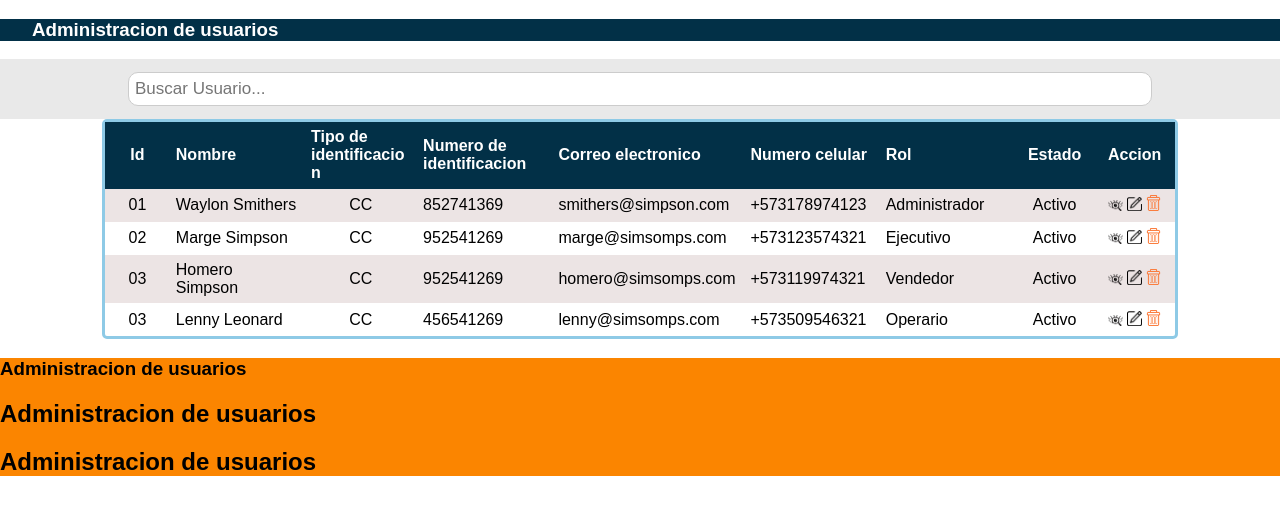
Repository: AlexanderBarona/Proyecto_Ciclo3_Mintic
Page: PaginaWeb/pages/admin_user.html
The author's editor kept a copy of each file at every save. The page is drawn from the files as they stood at one save, then again after the next save.
The browser window is 1280 px wide. The pictures show the whole page.

Above is the page before, as saved 2021-09-30 14:50:39.

### PaginaWeb/pages/admin_user.html
<!DOCTYPE html>
<html>

   <head>
      <title>Administracion de Usuarios</title>
      <link href="../css/style.css" rel="stylesheet" type="text/css">
      <link href="../css/admin_user.css" rel="stylesheet" type="text/css">
   </head>
   <body class="admin_user">
      <header>
         <h3>Administracion de usuarios</h3>
      </header>
      <main>
        <div class="TopBar">
            <div class="Search ">
                <input type="text" placeholder="Buscar Usuario...">
            </div>

        </div>

        <div class="table_principal">
            <table class="table_entity">

              <tbody class="table_body" >

                  <tr class="table_header" >

                    <td class="table_cell center">Id</td>
                    <td class="table_cell">Nombre</td>
                    <td class="table_cell">Tipo de identificacion</td>
                    <td class="table_cell">Numero de identificacion</td>
                    <td class="table_cell">Correo electronico</td>
                    <td class="table_cell">Numero celular</td>
                    <td class="table_cell">Rol</td>
                    <td class="table_cell center">Estado</td>
                    <td class="table_cell center">Accion</td>

                  </tr>

                  <tr >
                    <td class="table_cell center">01</td>
                    <td class="table_cell">Waylon Smithers</td>
                    <td class="table_cell center">CC</td>
                    <td class="table_cell">852741369</td>
                    <td class="table_cell">smithers@simpson.com</td>
                    <td class="table_cell">+573178974123</td>
                    <td class="table_cell">Administrador</td>
                    <td class="table_cell center">Activo</td>
                    <td class="table_cell center">
                      <div class="icon_container">
                        <nav>
                          <a href="icon_table">
                            <img class="icon_cell" src="../images/IconRead.ico">
                          </a>
                          <a href="icon_table">
                            <img class="icon_cell" src="../images/IconUpdate.ico">
                          </a>
                          <a href="icon_table">
                            <img class="icon_cell" src="../images/IconDelete.ico">
                          </a>
                        </nav>
                    </div>

                    </td>
                  </tr>

                <tr >
                  <td class="table_cell center">02</td>
                  <td class="table_cell">Marge Simpson</td>
                  <td class="table_cell center">CC</td>
                  <td class="table_cell">952541269</td>
                  <td class="table_cell">marge@simsomps.com</td>
                  <td class="table_cell">+573123574321</td>
                  <td class="table_cell">Ejecutivo</td>
                  <td class="table_cell center">Activo</td>
                  <td class="table_cell center">
                    <div class="icon_container ">
                      <nav>
                        <a href="icon_table">
                          <img class="icon_cell" src="../images/IconRead.ico">
                        </a>
                        <a href="icon_table">
                          <img class="icon_cell" src="../images/IconUpdate.ico">
                        </a>
                        <a href="icon_table">
                          <img class="icon_cell" src="../images/IconDelete.ico">
                        </a>
                      </nav>
                  </div>
                  </td>
                </tr>

                <tr >
                    <td class="table_cell center">03</td>
                    <td class="table_cell">Homero Simpson</td>
                    <td class="table_cell center">CC</td>
                    <td class="table_cell">952541269</td>
                    <td class="table_cell">homero@simsomps.com</td>
                    <td class="table_cell">+573119974321</td>
                    <td class="table_cell">Vendedor</td>
                    <td class="table_cell center">Activo</td>
                    <td class="table_cell center">

                                    <div class="icon_container">
                                        <nav>
                                          <a href="icon_table">
                                            <img class="icon_cell" src="../images/IconRead.ico">
                                          </a>
                                          <a href="icon_table">
                                            <img class="icon_cell" src="../images/IconUpdate.ico">
                                          </a>
                                          <a href="icon_table">
                                            <img class="icon_cell" src="../images/IconDelete.ico">
                                          </a>
                                        </nav>
                                    </div>


                    </td>
                </tr>
                <tr >
                    <td class="table_cell center">03</td>
                    <td class="table_cell">Lenny Leonard</td>
                    <td class="table_cell center">CC</td>
                    <td class="table_cell">456541269</td>
                    <td class="table_cell">lenny@simsomps.com</td>
                    <td class="table_cell">+573509546321</td>
                    <td class="table_cell">Operario</td>
                    <td class="table_cell center">Activo</td>
                    <td class="table_cell center">
                      <div class="icon_container">
                        <nav>
                          <a href="icon_table">
                            <img class="icon_cell" src="../images/IconRead.ico">
                          </a>
                          <a href="icon_table">
                            <img class="icon_cell" src="../images/IconUpdate.ico">
                          </a>
                          <a href="icon_table">
                            <img class="icon_cell" src="../images/IconDelete.ico">
                          </a>
                        </nav>
                    </div>
                    </td>
                </tr>
              </tbody>
            </table>
        </div>
      </main>
      <footer>
        <div>
          <h3>Administracion de usuarios</h3>
          <h2>Administracion de usuarios</h2>
          <h2>Administracion de usuarios</h2>
        </div>
      </footer>
   </body>
</html>

### PaginaWeb/css/style.css
* {
  box-sizing: border-box;
}

body {
  margin: 0;
  font-family: Arial, Helvetica, sans-serif;
}
header {
  background-color: #023047;
  color:  white;
  padding-left:2em ;

}

footer{
  background-color: #FB8500;
}

### PaginaWeb/css/admin_user.css
/* css barra busqueda*/
@media screen and (max-width: 600px) {
  .Search a,
  .Search input[type="text"] {

    display: block;
    text-align: left;
    width: 100%;
    margin: 0 auto;
    padding: 14px;
    align-items: center;
  }
}

.admin_user .Search {
   overflow: hidden;
   background-color: #e9e9e9;
   display: block;
   width: 100%;
   text-align: center;
  }

.Search a {

    display: block;
    color: black;
    text-align: center;
    padding: 14px 16px;
    text-decoration: none;
    font-size: 17px;
  }

  .Search a:hover {
    background-color: #ddd;
    color: black;
  }

  .Search a.active {
    background-color: #9dcaf0;
    color: white;
  }

  .Search input[type="text"] {
    float: center;
    border-radius: 10px;
    border: 1px solid rgb(174, 204, 218);
    padding: 6px;
    margin-top: 1%;
    margin-right: 2%;
    margin-left: 2%;
    margin-bottom: 1%;
    font-size: 17px;
    width: 80%;
  }
  .Search input[type="text"] {
    border: 1px solid #ccc;
  }

 /* css tabla*/

  .table_entity {
    table-layout: fixed;
    width: 84%;
    margin: 0 auto;
    border-collapse: separate;
    border-spacing: 0px;
    border-radius: 5px;
    border: 3px solid #8ECAE6;

  }

  .table_entity td:first-child {
    width: 4em;
  }
  .table_entity td:nth-child(3) {
    width: 7em;
  }
  .table_entity td:nth-child(5) {
    width: 12em;
  }
  .table_entity td:nth-child(8) {
    width: 5em;

  }
  .table_entity td:nth-child(9) {
    width: 5em;
  }




  .table_header {
    background-color: #023047;
    color: #fff;
    font-weight:bold;
  }

  .table_entity tr:nth-child(even) {
  background-color: #ece4e4;
}

.table_entity .center {
  text-align: center;
}
/* css tabla perfiles*/
.table_entity2 {
  table-layout: fixed;
  width: 84%;
  margin: 0 auto;
  border-collapse: separate;
  border-spacing: 0px;
  border-radius: 5px;
  border: 3px solid #8ECAE6;

}

.table_entity2 td:first-child {
  width: 4em;
}

.table_entity2 td:nth-child(2) {
  width: 16em;
}


.table_entity2 td:nth-child(6) {
  width: 4.8em;

}


.table_entity2 tr:nth-child(even) {
background-color: #ece4e4;
}

.table_entity2 .center {
  text-align: center;
}

  th, td {

      word-wrap: break-word;
      padding: 0.4em;
      margin: 0em;
  }
  /* iconos */
  .icon_cell {

    height: 28%;
    width: 22%;
    margin: 0 auto 0 0;


}

.icon_container a , .icon_container a:visited {


  text-decoration: none;

}
/* css checkbox */

.checkbox_container input[type="checkbox"]  {
  content: "";
  width: 2em;
  height: 2em;
  border: 4px solid #bf810f;
  float: left;
  margin: 0 auto 0 0;
  border-right: 0;
  border-top: 0;


}
.checkbox_container input[type="checkbox"]:checked   {
  content: "";
  width: 2.2em;
  height: 2.2em;
  border: 4px solid #bf810f;
  color: #bf810f;
  background-color:#bf810f ;
  float: left;
  margin: 0 auto 0 0;
  border-right: 0;
  border-top: 0;

}

After the next save:
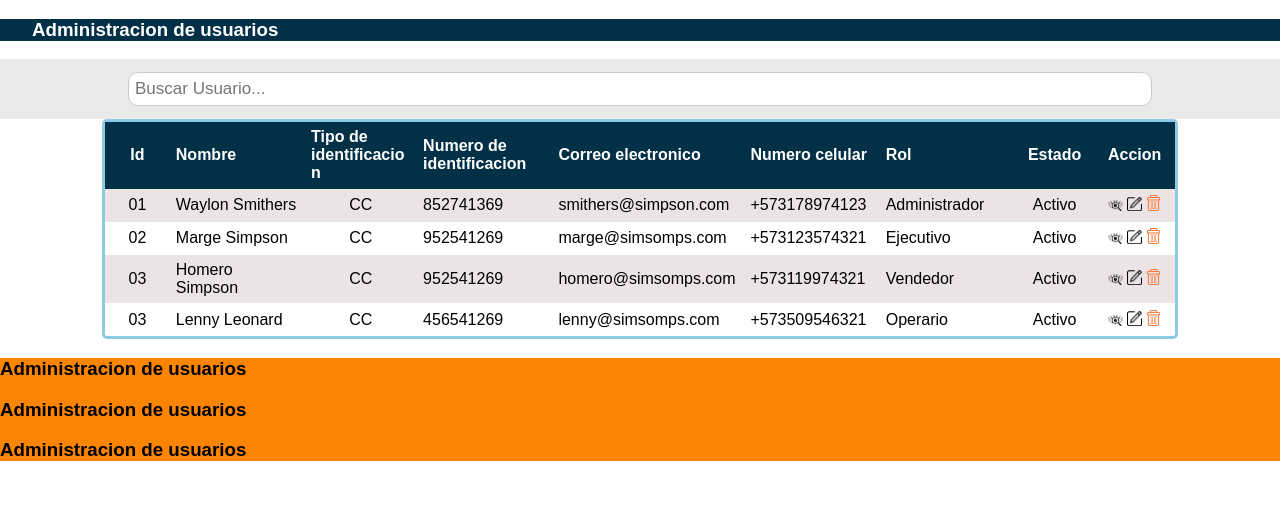
Saved 15 s later.
--- a/PaginaWeb/pages/admin_user.html
+++ b/PaginaWeb/pages/admin_user.html
@@ -150,8 +150,8 @@
       <footer>
         <div>
           <h3>Administracion de usuarios</h3>
-          <h2>Administracion de usuarios</h2>
-          <h2>Administracion de usuarios</h2>
+          <h3>Administracion de usuarios</h3>
+          <h3>Administracion de usuarios</h3>
         </div>
       </footer>
    </body>
